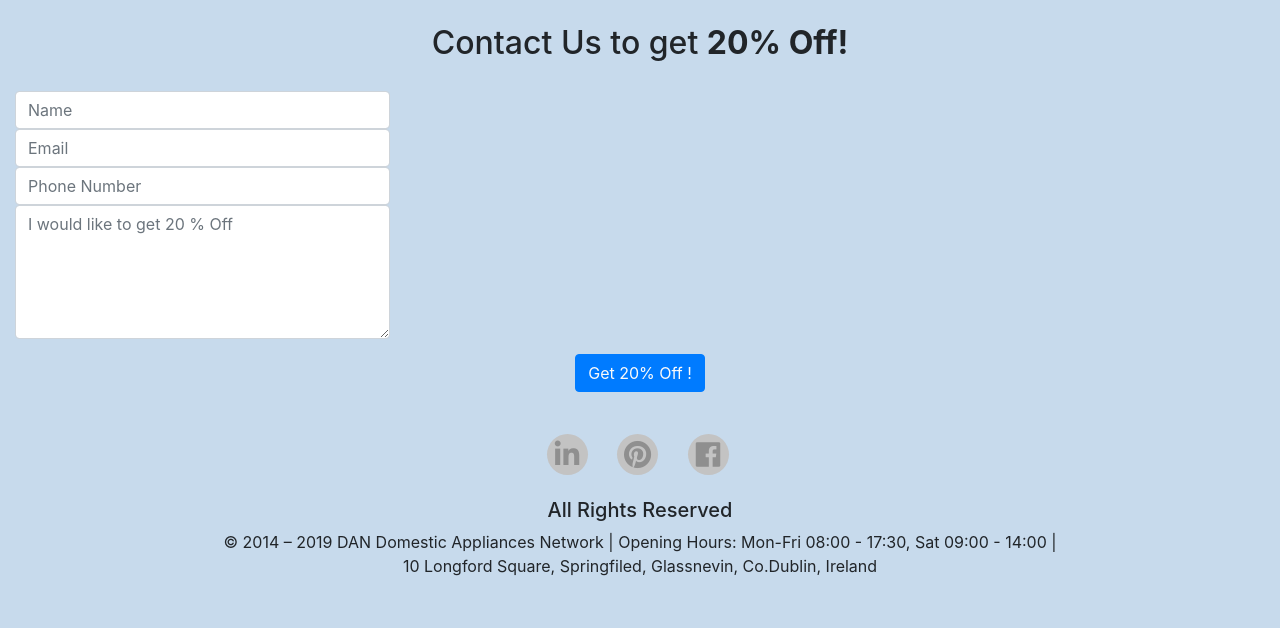
Repository: martynapacula/project-one
Page: index.html
The author's editor kept a record of every edit. The page is drawn from the files as they stood at one moment, then again after the next edit.
The browser window is 1280 px wide. The pictures show the part of the page from y = 4134 to 4786 px (the page is 4762 px tall before and 4786 px after).
A picture or video elsewhere on the page could not be fetched, so the positions and the page height are approximate.

Above is the page before.

After the next edit:
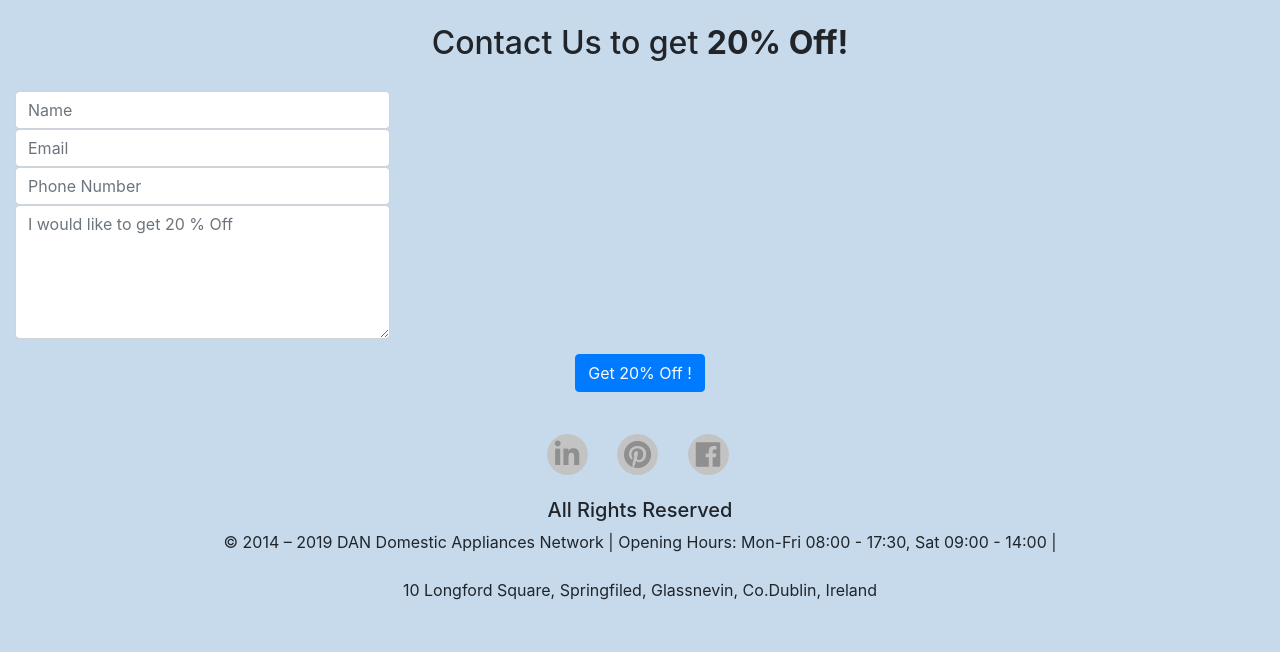
The edit:
--- a/index.html
+++ b/index.html
@@ -230,7 +230,8 @@
       <h5>
         <center>All Rights Reserved</center>
       </h5>
-      <h7>© 2014 – 2019 DAN Domestic Appliances Network | Opening Hours: Mon-Fri 08:00 - 17:30, Sat 09:00 - 14:00 | <br> 10 Longford Square, Springfiled, Glassnevin, Co.Dublin, Ireland </h7>
+      <h7 <br><center> © 2014 – 2019 DAN Domestic Appliances Network | Opening Hours: Mon-Fri 08:00 - 17:30, Sat 09:00 - 14:00 | </center> </7>
+      <br> <center>10 Longford Square, Springfiled, Glassnevin, Co.Dublin, Ireland </center> </h7>
 
 
 
